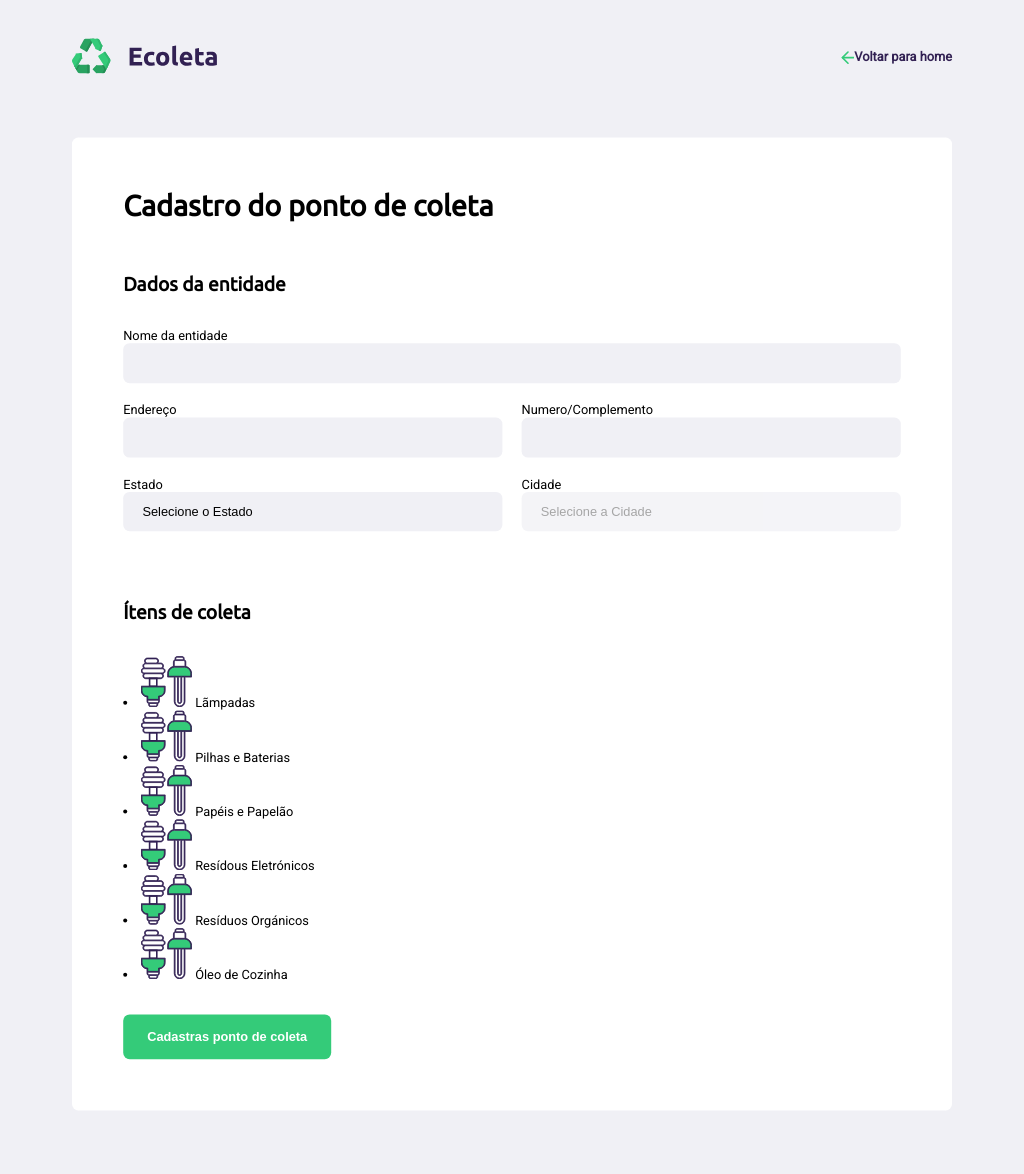
Repository: ivobass/NextLevelWeek
Page: create-point.html
The author's editor kept a copy of each file at every save. The page is drawn from the files as they stood at one save, then again after the next save.
The browser window is 1280 px wide. The pictures show the whole page, at 80% of full size.
The page's requests for data from a server got no answer.

Above is the page before, as saved 2020-06-03 21:10:06.

### create-point.html
<!DOCTYPE html>
<html lang="pt">

<head>
    <meta charset="UTF-8">
    <!--aceita caracteres especiais-->
    <meta name="viewport" content="width=device-width, initial-scale=1.0">
    <title>Criar um ponto de Ecoleta</title>

    <link href="https://fonts.googleapis.com/css2?family=Roboto&family=Ubuntu:wght:wght@300;700&display=swap" rel="stylesheet">
    <link rel="stylesheet" href="/styles/main.css">
    <link rel="stylesheet" href="/styles/create-point.css">
    <link rel="stylesheet" href="/styles/responsive.css">

</head>

<body>

    <div id="page-create-point">

        <header>
            <img src="/assets/logo.svg " alt="logomarca">
            <a href=""><span></span>Voltar para home </a>

        </header>
        <form action="">
            <h1>Cadastro do ponto de coleta</h1>

            <fieldset>
                <legend>
                    <h2>Dados da entidade</h2>
                </legend>
                <div class="field">
                    <label for="">Nome da entidade</label>
                    <input type="text" name="name" required>
                </div>
                <div class="field-group">
                    <div class="field">
                        <label for="address">Endereço</label>
                        <input type="text" name="address" required>

                    </div>
                    <div class="field">
                        <label for="address">Numero/Complemento </label>
                        <input type="text" name="address2" required>
                    </div>
                </div>


                <div class="field-group">
                    <div class="field">
                        <label for="state">Estado </label>
                        <select name="uf">
                            <option value="">Selecione o Estado</option>
                        </select>
                        <input type="hidden" name="state" required>

                    </div>
                    <div class="field">
                        <label for="city">Cidade</label>
                        <select name="city" disabled required>
                            <option value="">Selecione a Cidade</option>
                        </select>

                    </div>

                </div>

            </fieldset>





            <fieldset>
                <legend>
                    <h2>Ítens de coleta</h2>
                </legend>

                <div class="items-grid">
                    <!-- basta escrever para o emmet:    li>img>span         e aparece  <li><img src="" alt="" class="spam"></li>     automatico -->
                    <!-- seleciona a palavra com a tecla optoin e mantem carregado e depois command D e consegue escrever e subtituir as palavras selecionadas ao mesmo tempo. -->
                    <li data-id="1">
                        <img src="/assets/lampadas.svg" alt="lampadas">
                        <span>Lãmpadas</span>
                    </li>
                    <li data-id="2">
                        <img src="/assets/lampadas.svg" alt="Pilhas e Baterias">
                        <span>Pilhas e Baterias</span>
                    </li>
                    <li data-id="3">
                        <img src="/assets/lampadas.svg" alt="Papéis e Papelão">
                        <span>Papéis e Papelão</span>
                    </li>
                    <li data-id="4">
                        <img src="/assets/lampadas.svg" alt="Resídous Eletrónicos">
                        <span>Resídous Eletrónicos</span>
                    </li>
                    <li data-id="5">
                        <img src="/assets/lampadas.svg" alt="Resíduos Orgánicos">
                        <span>Resíduos Orgánicos</span>
                    </li>
                    <li data-id="6">
                        <img src="/assets/lampadas.svg" alt="Óleo de Cozinha">
                        <span>Óleo de Cozinha</span>
                    </li>
                </div>

            </fieldset>

            <button type="submit">Cadastras ponto de coleta</button>

        </form>


    </div>


    <script src="/scripts/create-point.js"></script>

</body>

</html>

### styles/main.css
:root {
    --title-color: #322153;
    --primary-color: #34cb79;
}

* {
    margin: 0;
    padding: 0;
    box-sizing: border-box;
}

html {
    font-family: Roboto, sans-serif;
}

body {
    background-color: #f0f0f5;
    -webkit-font-smoothing: antialiased;
}

a {
    text-decoration: none;
}

h1,
h2,
h3,
h4,
h5,
h6 {
    --title-color: #322153;
    font-family: 'Ubuntu', sans-serif;
}


/* BOX MODEL
modelo de caixas
        toda caixa tem:
        largura, altura, espaçamento, prenchimento,
        bordas, cor, fundo, maneira como é vista por html (display)
posicionamento, alinhamentos.
        */

### styles/create-point.css
#page-create-point {
    width: 90%;
    max-width: 1100px;
    /* alinhamento da caixa por o lado de fora da caixa */
    /* height: 100%; */
    margin: 0 auto;
    /* display: flex;
    flex-direction: column; */
}

#page-create-point header {
    margin-top: 48px;
    display: flex;
    align-items: center;
    justify-content: space-between;
}

#page-create-point header a {
    display: flex;
    color: var( --title-color);
    font-weight: bold;
    align-items: center;
}

#page-create-point header a span {
    margin-left: 16px;
    background-image: url('/assets/arrow-left.svg');
    display: flex;
    width: 20px;
    height: 20px;
}

form {
    background-color: white;
    margin: 80px auto;
    /* prenchimento */
    padding: 64px;
    border-radius: 8px;
    min-width: 730px;
}

form h1 {
    font-size: 36px;
}

form fieldset {
    margin-top: 64px;
    border: 0;
}

form legend {
    margin-bottom: 40px;
}

form legend h2 {
    font-size: 24px;
}

form .field {
    flex: 1;
    display: flex;
    flex-direction: column;
    margin-bottom: 24px;
}

form .field-group {
    display: flex;
}

form input,
form select {
    background-color: #f0f0f5;
    border: 0;
    padding: 16px 24px;
    font-size: 16px;
    border-radius: 8px;
    /* outline: 0;   retira o borde quando esta selecionado o campo */
}

form select {
    -webkit-appearance: none;
    -moz-appearance: none;
    appearance: none;
}

forma label {
    font-size: 14px;
    margin-bottom: 8px;
}

form .field-group .field+.field {
    margin-left: 24px;
}

form button {
    width: 260px;
    height: 56px;
    background-color: var(--primary-color);
    border-radius: 8px;
    color: white;
    font-weight: bold;
    font-size: 16px;
    border: 0;
    margin-top: 40px;
    transition: 400ms;
    /*tempo de animação do hover*/
}

form button:hover {
    background-color: #2fb86e;
}

.items-grid {
    display: grid;
}

### styles/responsive.css
@media(max-width: 900px) {
    #page-home {
        background-position-x: 70vw;
    }
    #page-home .content {
        align-items: center;
        text-align: center;
    }
    #page-home header a {
        position: absolute;
        bottom: 48px;
        left: 50%;
        transform: translateX(-50%);
    }
    #page-home main {
        align-items: center;
    }
}

@media(min-width: 1700px) {
    #page-home {
        background-position-x: 40vw;
    }
}

@media(max-heigth: 760px) {
    #page-home {
        background-position-y: 1000px;
    }
}

### scripts/create-point.js
function populateUFs() {
    const ufSelect = document.querySelector("select[name=uf]")

    fetch("https://servicodados.ibge.gov.br/api/v1/localidades/estados")
        // .then( (res) => { return res.json() })   pode resumir o codigo quando tem so um valor (res)
        .then(res => res.json())
        .then(states => {

            for (const state of states) {
                ufSelect.innerHTML += `<option value="${state.id}">${state.nome}</option>`
            }
        })
}

populateUFs()


function getCities(event) {
    const citySelect = document.querySelector("select[name=city]")
    const stateInput = document.querySelector("input[name=state]")

    const ufValue = event.target.value

    const indexOfSelectedState = event.target.selectedIndex // akie pega o index ou indice do elemento selecionado dentro do conjunto
    stateInput.value = event.target.options[indexOfSelectedState].text



    const url = `https://servicodados.ibge.gov.br/api/v1/localidades/estados/${ufValue}/municipios`

    citySelect.innerHTML = "<option value>Selecione a Cidade</option>"
    citySelect.disabled = true

    fetch(url)
        // .then( (res) => { return res.json() })   pode resumir o codigo quando tem so um valor (res)
        .then(res => res.json())
        .then(cities => {
            for (const city of cities) {
                const citySelect = document.querySelector("[name=city]")
                citySelect.innerHTML += `<option value="${city.nome}">${city.nome}</option>`
            }
            citySelect.disabled = false
        })
}

// document.querySelector("select[name=uf]")
//     .addEventListener("change", () => {
//         addEventListener.log("mudei", getCities)
//     })

// depois fica assim:

document.querySelector("select[name=uf]")
    .addEventListener("change", getCities)

### assets/arrow-left.svg
<svg xmlns="http://www.w3.org/2000/svg" width="24" height="24" viewBox="0 0 24 24" fill="none" stroke="#34CB79" stroke-width="2" stroke-linecap="round" stroke-linejoin="round" class="feather feather-arrow-left"><line x1="19" y1="12" x2="5" y2="12"></line><polyline points="12 19 5 12 12 5"></polyline></svg>

After the next save:
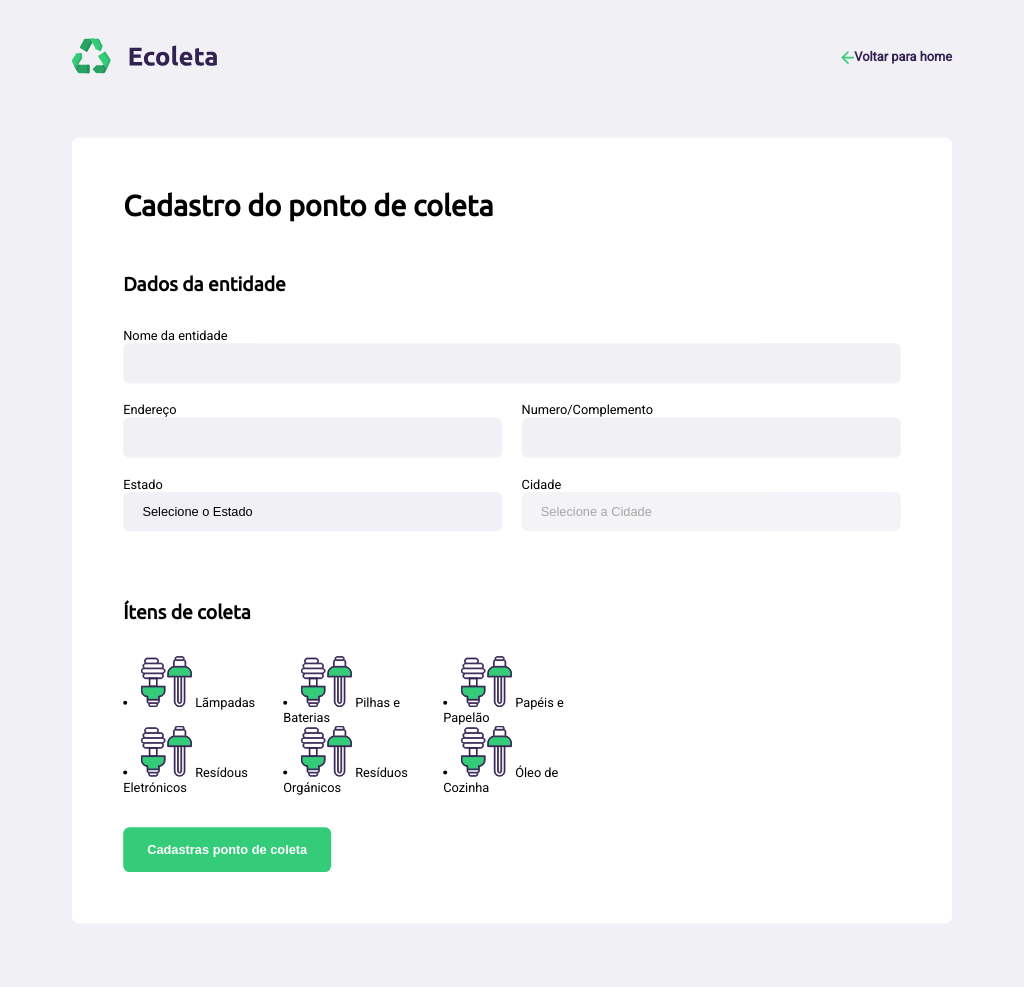
Saved 35 s later.
--- a/styles/create-point.css
+++ b/styles/create-point.css
@@ -112,4 +112,5 @@ form button:hover {
 
 .items-grid {
     display: grid;
+    grid-template-columns: 200px 200px 200px;
 }
